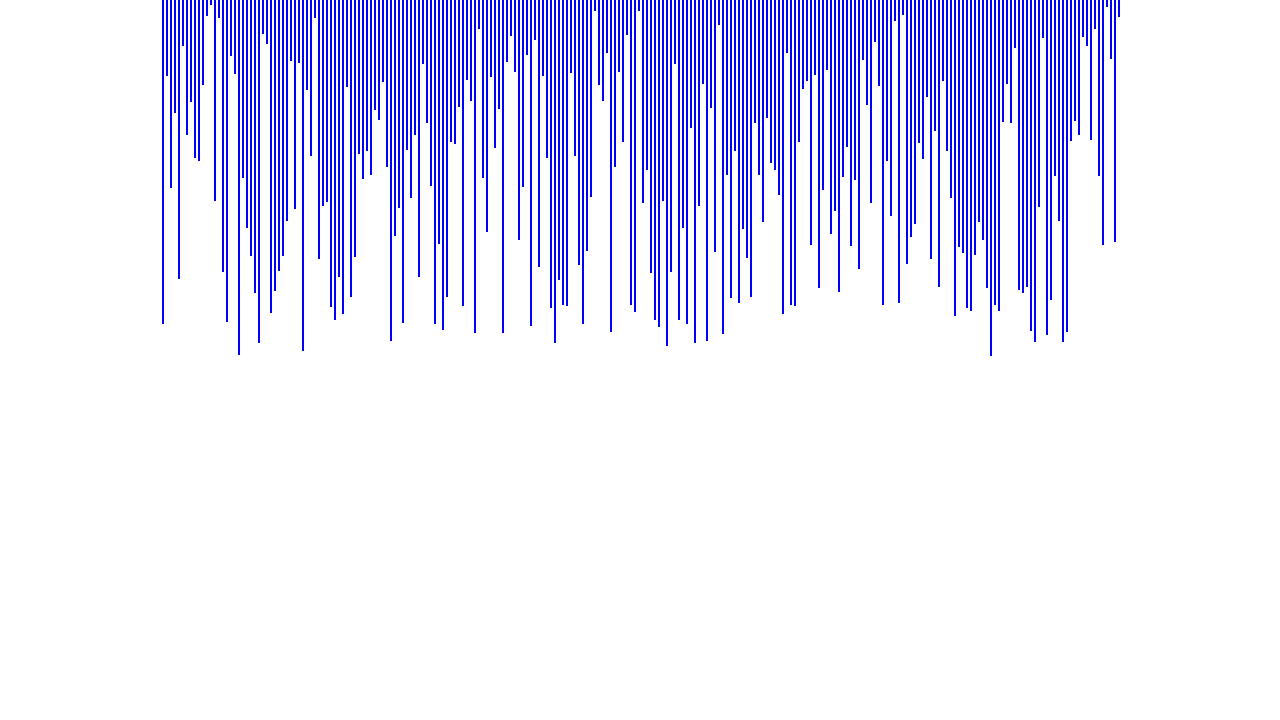
Repository: rehans-Life/sorting-visualizer
Page: /
An editor plug-in stored every save of this project. The page is shown before and after the next save, followed by the edit.
The browser window is 1280 px wide. The pictures show the whole page.
The project was rebuilt for these pictures with package versions that can differ from the ones it lists, and the page was loaded fresh each time. The framework's server and built-in components were replaced by stand-ins that run in the browser. Also part of the build but not shown: next.config.js.

Above is the page before, as saved 2023-03-17 17:53:08.

After the next save:
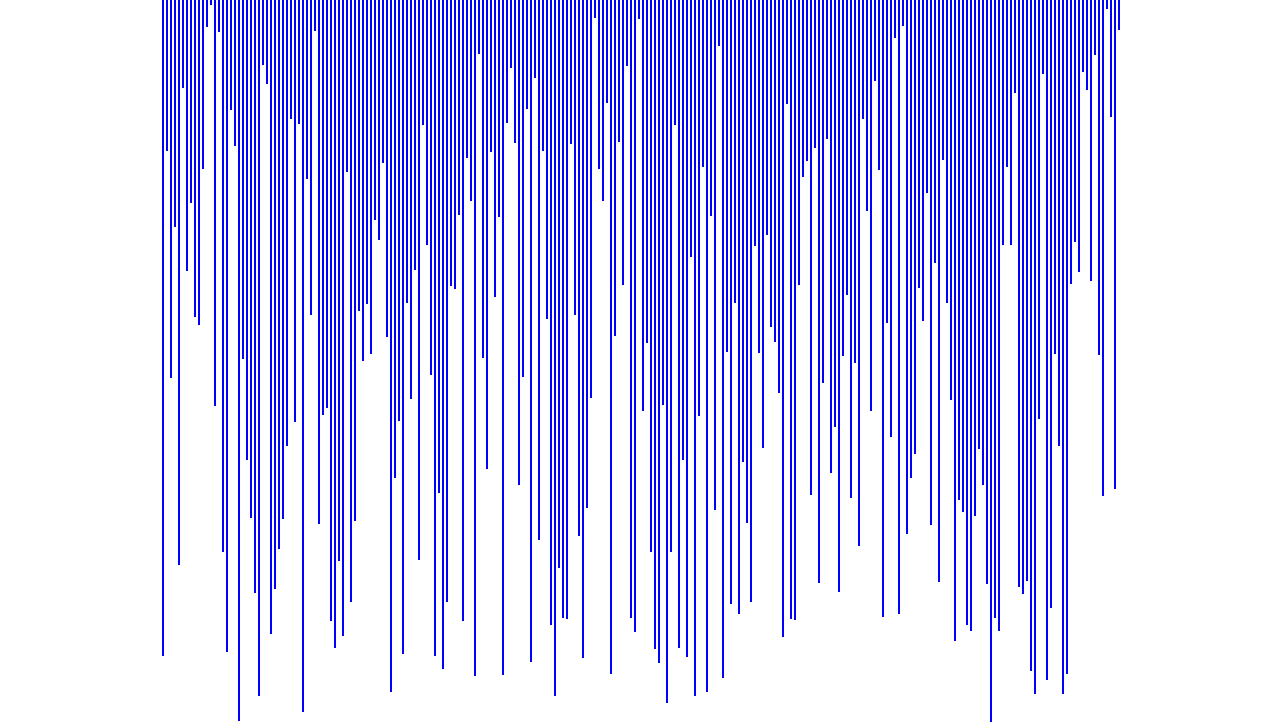
Saved 65 s later.
--- a/pages/index.js
+++ b/pages/index.js
@@ -12,7 +12,7 @@ export default function Home() {
     let arr = [];
 
     for (let i = 0; i < bars; i++) {
-      arr.push(randomNumber(5, 360));
+      arr.push(randomNumber(5, 730));
     }
 
     return arr;
